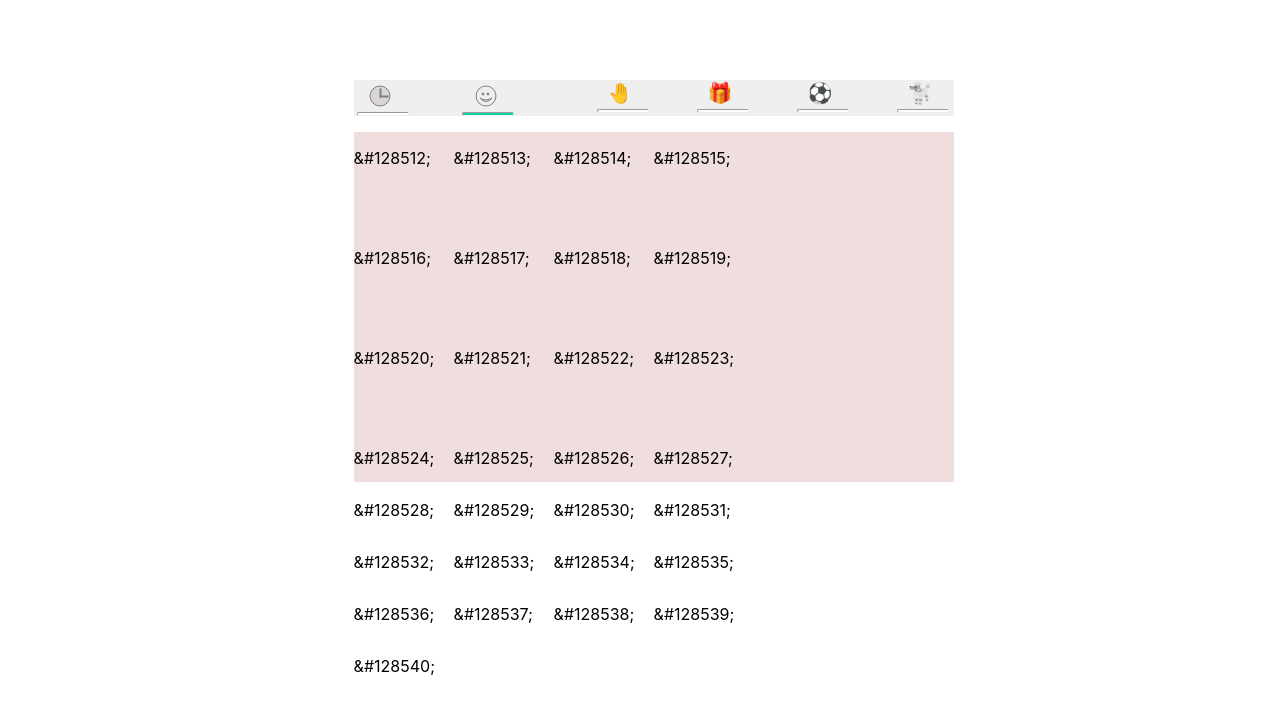
Repository: Gaj123-coder/emoji-search-app
Page: /
The author's editor kept a copy of each file at every save. The page is drawn from the files as they stood at one save, then again after the next save.
The browser window is 1280 px wide. The pictures show the whole page.
The project was rebuilt for these pictures with package versions that can differ from the ones it lists, and the page was loaded fresh each time.

Above is the page before, as saved 2021-10-31 12:28:10.

After the next save:
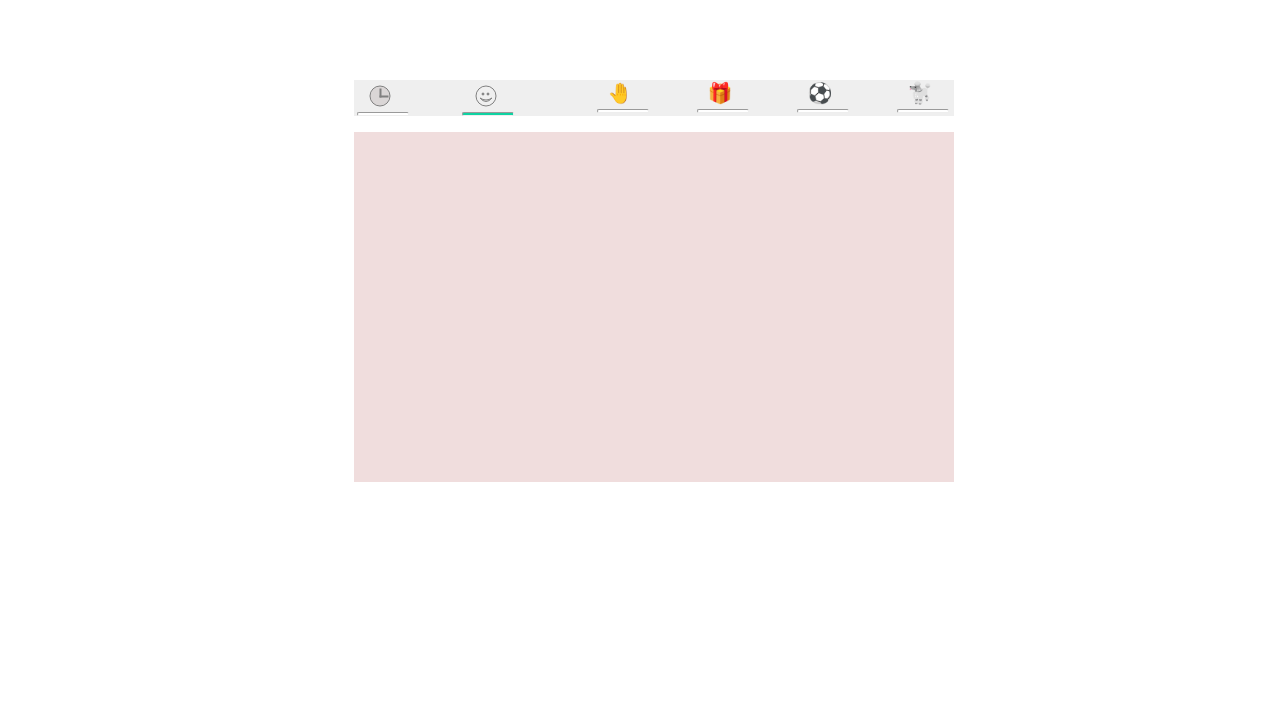
Saved 5 s later.
--- a/src/Components/Result/result.js
+++ b/src/Components/Result/result.js
@@ -13,7 +13,7 @@
     return (
         <div className={Em["emoji"]}>
             {data.map((val)=>{return <div>
-                    <p>&#{val};</p>
+                    <p></p>
                 </div>
                 console.log(val);
             })}

After the 3 saves that followed:
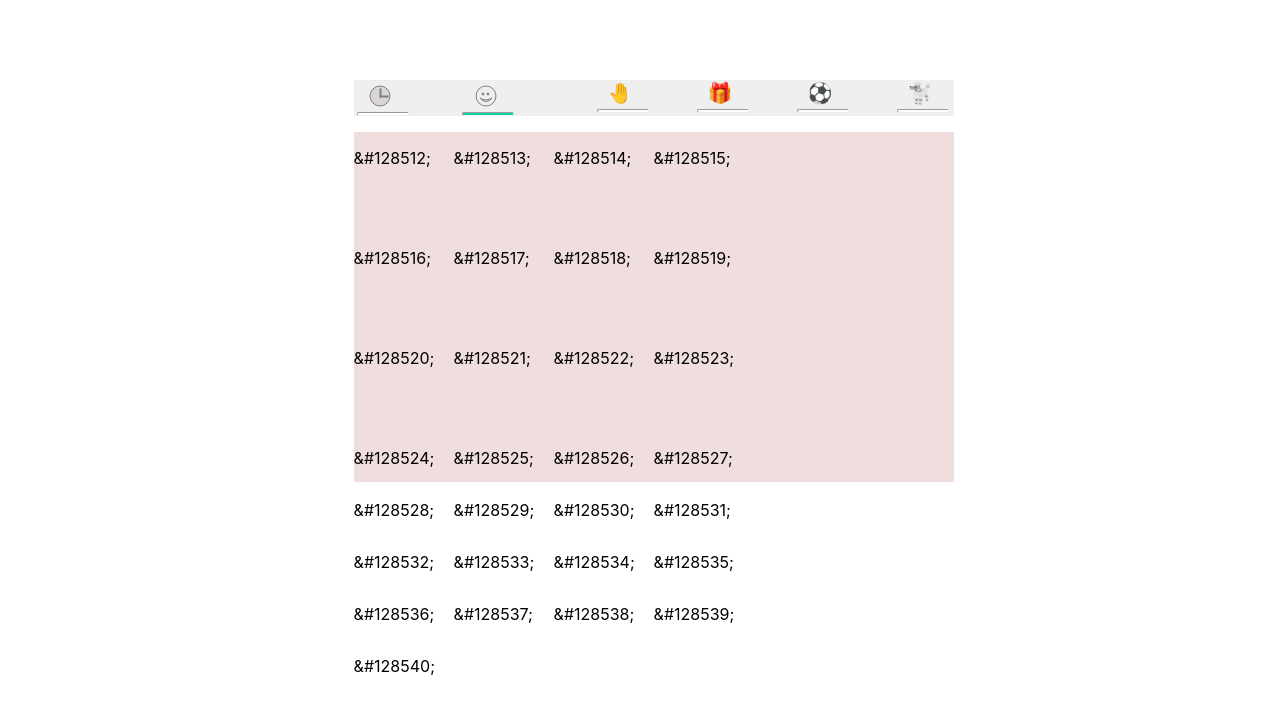
The 3 saves are shown as one change because 2 left the picture as it was.
The last was saved 2 min 41 s later.
--- a/src/Components/Result/result.js
+++ b/src/Components/Result/result.js
@@ -13,7 +13,7 @@
     return (
         <div className={Em["emoji"]}>
             {data.map((val)=>{return <div>
-                    <p></p>
+                    <p>&#{val};</p>
                 </div>
                 console.log(val);
             })}
--- a/src/Components/emotions.js
+++ b/src/Components/emotions.js
@@ -1,4 +1,4 @@
-const sad=["128524","128528",'128530',"128532","128542","128546","128549","128557"]
+const sad=[128524,"128528",'128530',"128532","128542","128546","128549","128557"]
 const worry=["128524","128529","128531","128532","128533","128543","128552","128553"]
 const angry=["128520","128544","128545","128548","12855"]
 const happy=["128512","128513","128514","128518","128522"]
@@ -17,8 +17,8 @@ const tasty=["128523"]
 const confuse=["128534","128533","128550"]
 const sleepy=["128554"]
 const animals=["128053","128018","129421","128054","128021","128041","129418","129409","128047"]
-const smiley=["128512","128513","128514","128515","128516","128517","128518","128519","128520","128521","128522","128523","128524","128525",
-"128526","128527","128528","128529","128530","128531","128532","128533","128534","128535","128536","128537","128538","128539","128540"]
+const smiley=[128512,128513,128514,128515,128516,128517,128518,128519,128520,128521,128522,128523,128524,128525,
+128526,128527,128528,128529,128530,128531,128532,128533,128534,128535,128536,128537,128538,128539,128540]
 
 export const smiley1=smiley;
 export const peace1=peace;
